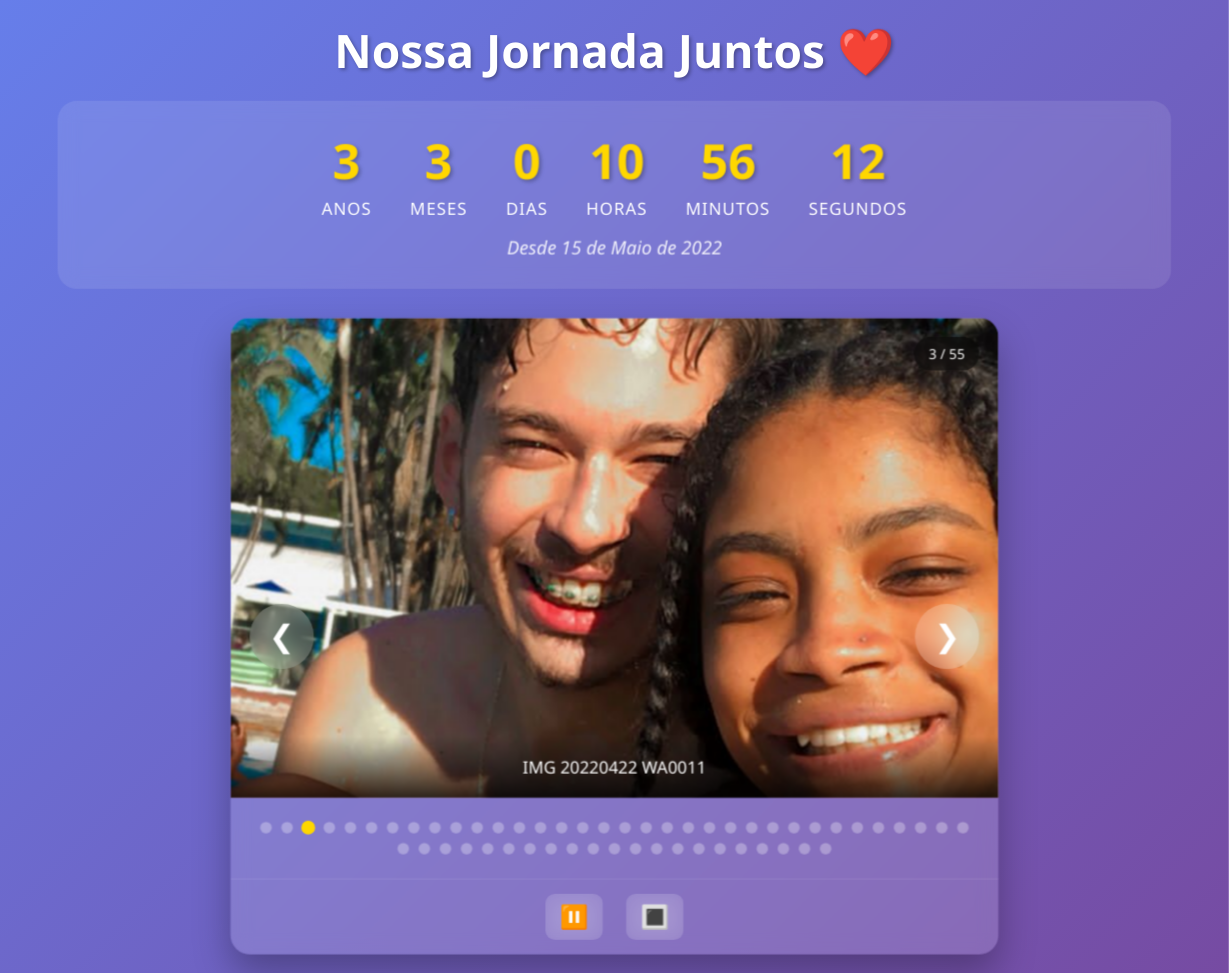
Repository: yan-luca/vic-yan
Page: index.html
These files come from the project's save history. The page is drawn as it stood at one moment and after the next save; the edit follows.
The browser window is 1280 px wide. The pictures show the whole page, at 96% of full size.

Above is the page before, as saved 2025-08-15 00:31:30.

After the next save:
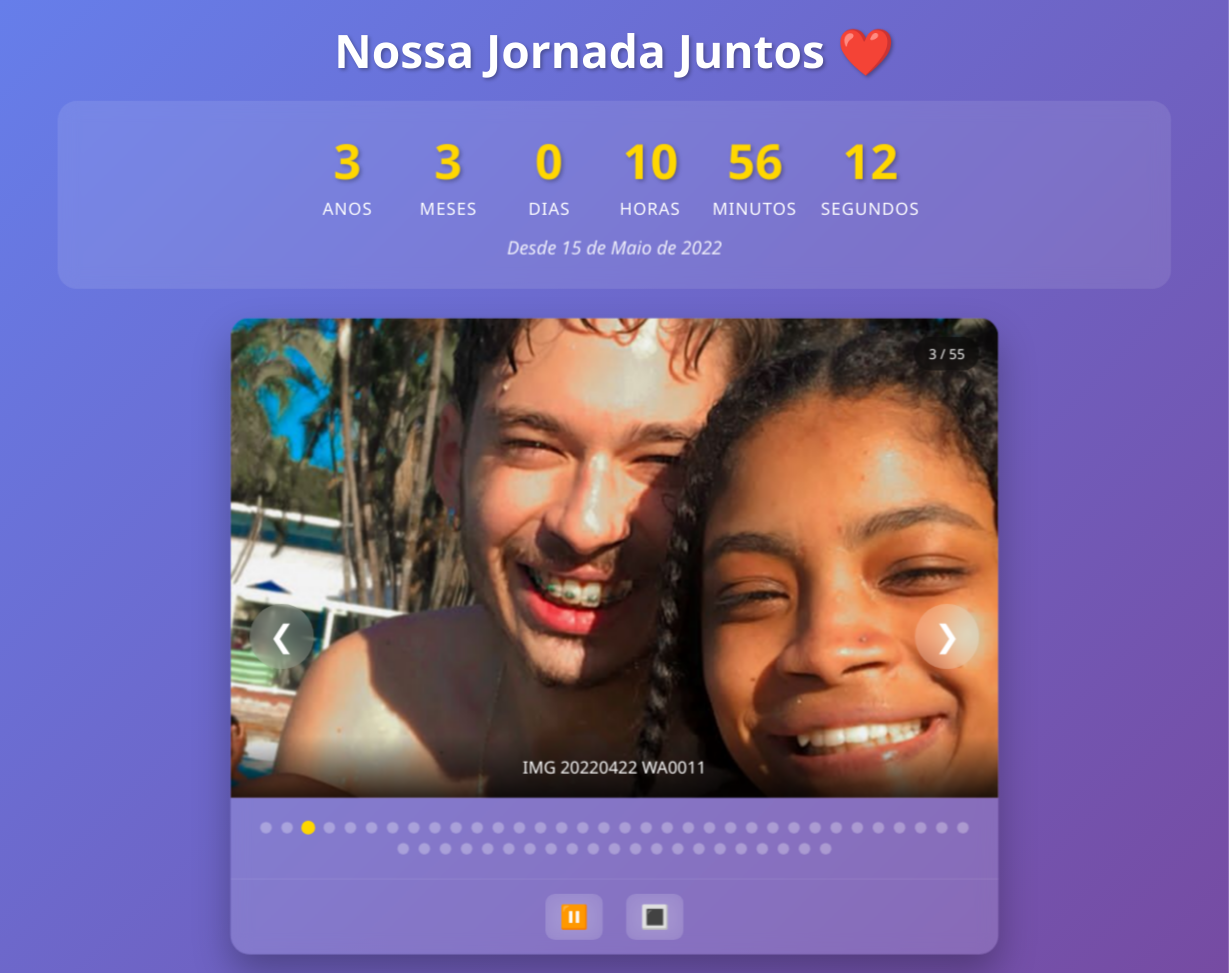
Saved 8 s later.
--- a/style.css
+++ b/style.css
@@ -41,14 +41,16 @@ header h1 {
 .counter {
     display: flex;
     justify-content: center;
-    gap: 40px;
+    gap: 25px;
     margin-bottom: 15px;
+    flex-wrap: wrap;
 }
 
 .counter-item {
     display: flex;
     flex-direction: column;
     align-items: center;
+    min-width: 80px;
 }
 
 .counter-number {
